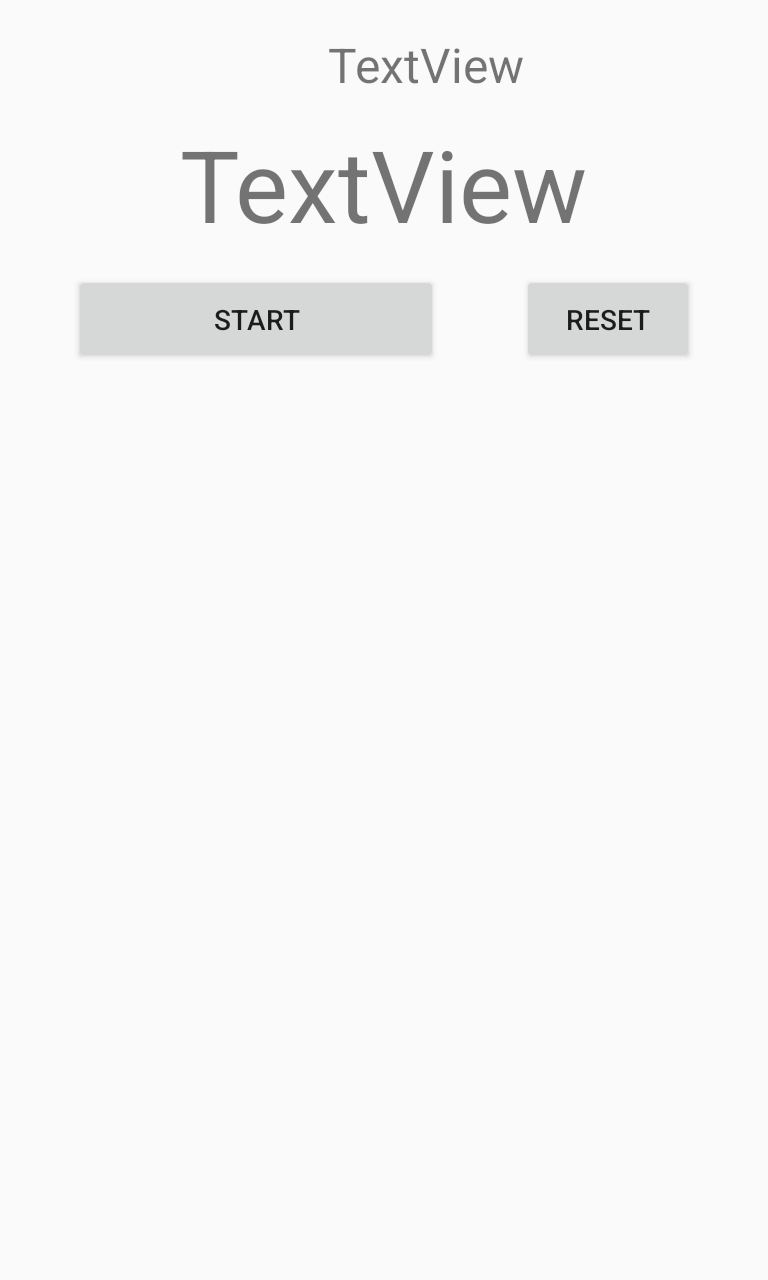
Repository: GitDidNotExitCleanly/AndroidTimer
Layout: StopWatch/res/layout/activity_main.xml
An editor plug-in stored every save of this project. The layout is shown before and after the next save, followed by the edit.
It is drawn on a 768 x 1280 px phone screen (xhdpi) without system bars, with theme AppTheme; the app's code is not run. Lists and similar views that code fills are empty.

Above is the layout before, as saved 2015-03-04 21:50:56.

After the next save:
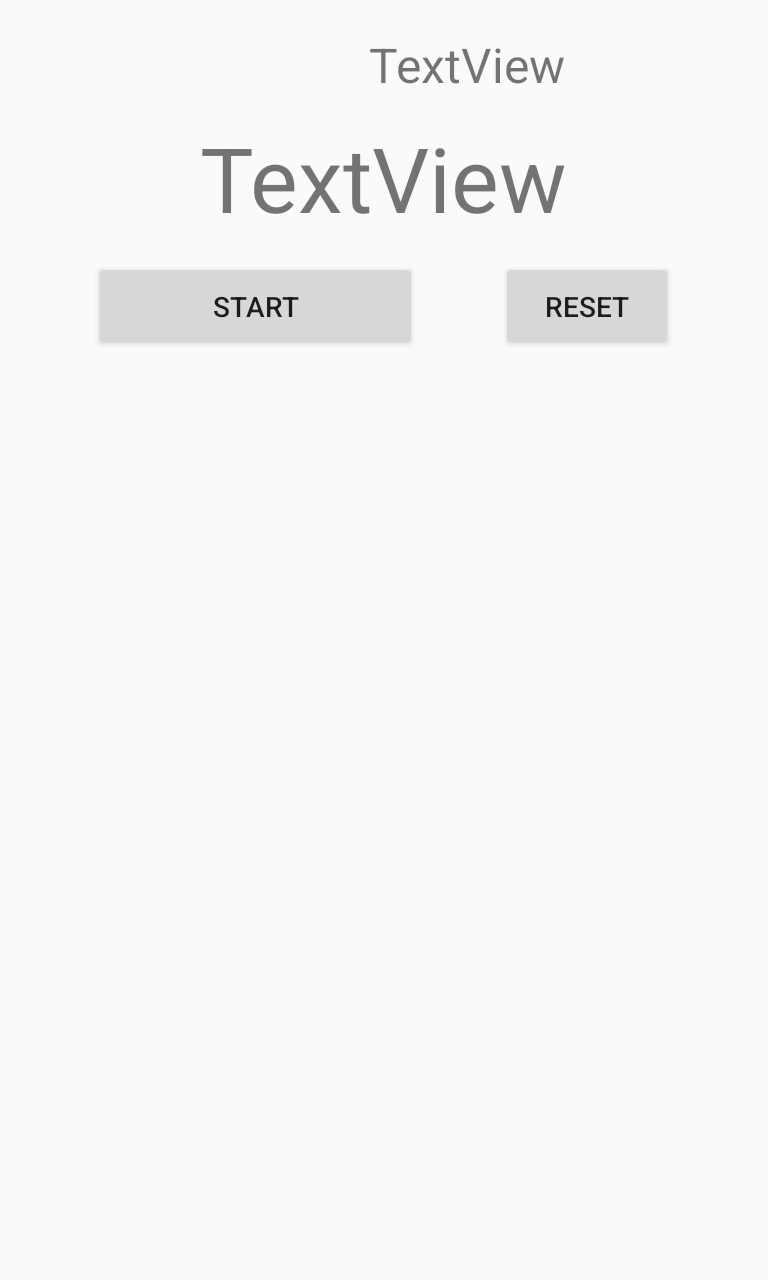
Saved 47 s later.
--- a/StopWatch/res/values/dimens.xml
+++ b/StopWatch/res/values/dimens.xml
@@ -4,6 +4,6 @@
     <dimen name="activity_horizontal_margin">16dp</dimen>
     <dimen name="activity_vertical_margin">16dp</dimen>
     <dimen name="stopwatch_small_time">24sp</dimen>
-    <dimen name="stopwatch_large_time">50sp</dimen>
+    <dimen name="stopwatch_large_time">45sp</dimen>
 
 </resources>
